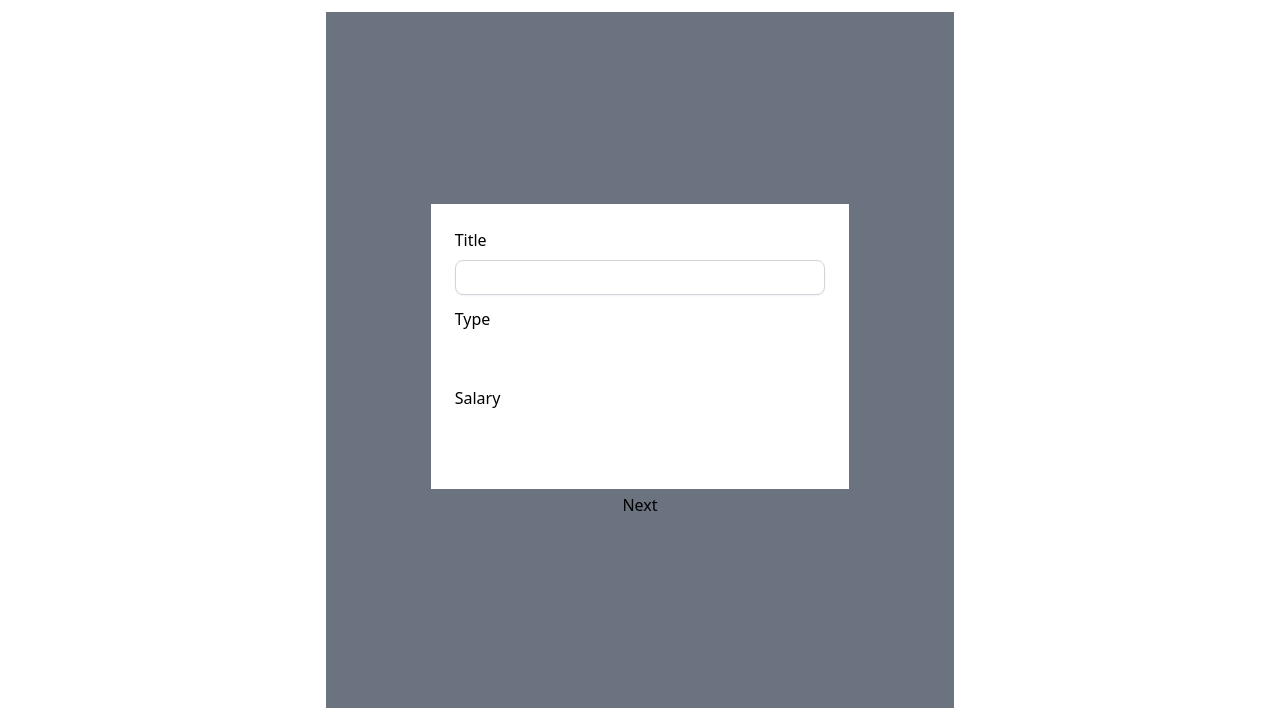
Repository: Abdibaye/Job-Sphere
Page: /form
These files come from the project's save history. The page is drawn as it stood at one moment and after a run of saves; the edit follows.
The browser window is 1280 px wide. The pictures show the whole page.
The project was rebuilt for these pictures with package versions that can differ from the ones it lists, and the page was loaded fresh each time. Also part of the build but not shown: vite.config.js, src/components/search.jsx, src/components/navbar.jsx, src/pages/descriptionpage.jsx, src/components/job.jsx, src/components/feed.jsx, src/components/saved.jsx, src/components/filter.jsx and 4 more.

Above is the page before, as saved 2025-02-22 22:56:36.

After the next 2 saves:
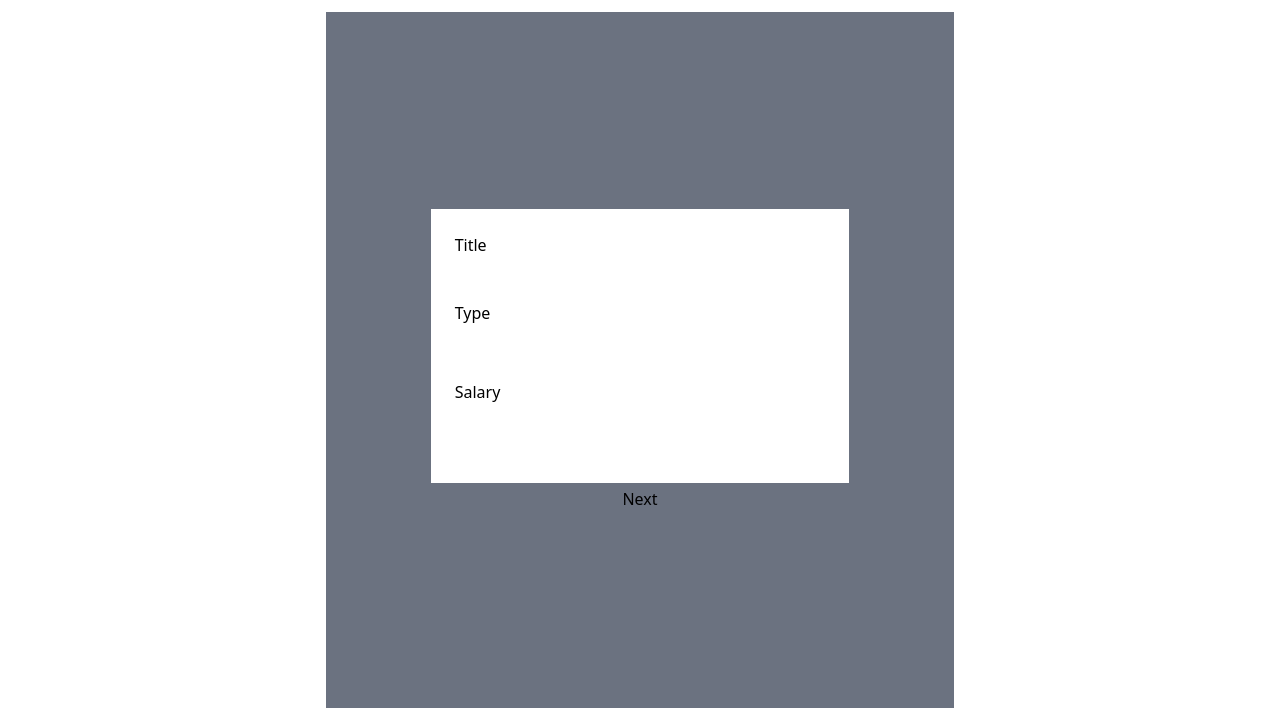
The 2 saves are shown as one change because they came seconds apart.
The last was saved 45 s later.
--- a/src/components/form.jsx
+++ b/src/components/form.jsx
@@ -6,7 +6,7 @@
             <div className="bg-gray-500 w-1/2 flex flex-col justify-center items-center">
               <div className="bg-[#fff] w-2/3 h-fit flex flex-col justify-center p-6 ">
                 <p className="mb-2">Title</p>
-                <input className="mb-3 h-[35px] border border-gray-300 rounded-lg shadow-sm" type="text" />
+                <input className="mb-3 focus:outline-none focus:ring-2 focus:ring-blue-500 focus:border-blue-500 transition-all duration-200 ease-in-out hover:border-blue-300" type="text" />
                 <p className="mb-2">Type</p>
                 <input className="mb-3 h-[35px]" type="text" />
                 <p className="mb-2 ">Salary</p>

After the save that followed:
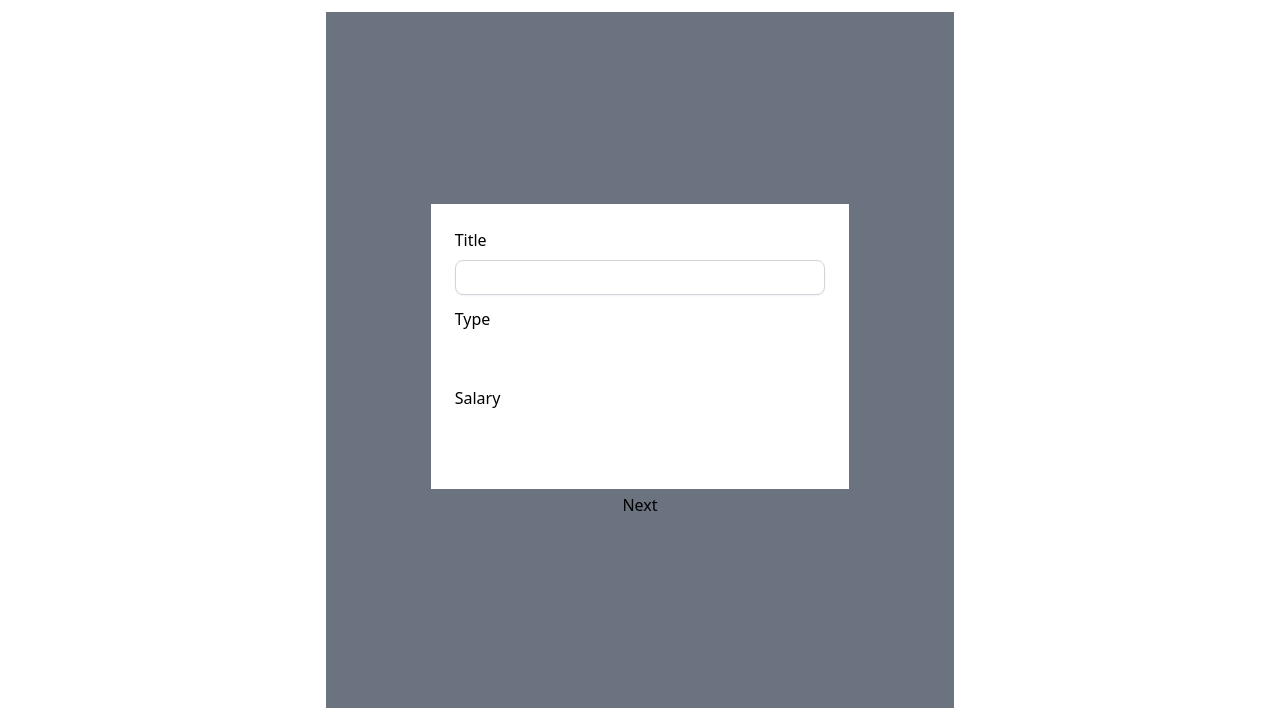
Saved 17 s later.
--- a/src/components/form.jsx
+++ b/src/components/form.jsx
@@ -6,7 +6,7 @@
             <div className="bg-gray-500 w-1/2 flex flex-col justify-center items-center">
               <div className="bg-[#fff] w-2/3 h-fit flex flex-col justify-center p-6 ">
                 <p className="mb-2">Title</p>
-                <input className="mb-3 focus:outline-none focus:ring-2 focus:ring-blue-500 focus:border-blue-500 transition-all duration-200 ease-in-out hover:border-blue-300" type="text" />
+                <input className="mb-3 h-[35px] border border-gray-300 rounded-lg shadow-sm" type="text" />
                 <p className="mb-2">Type</p>
                 <input className="mb-3 h-[35px]" type="text" />
                 <p className="mb-2 ">Salary</p>
